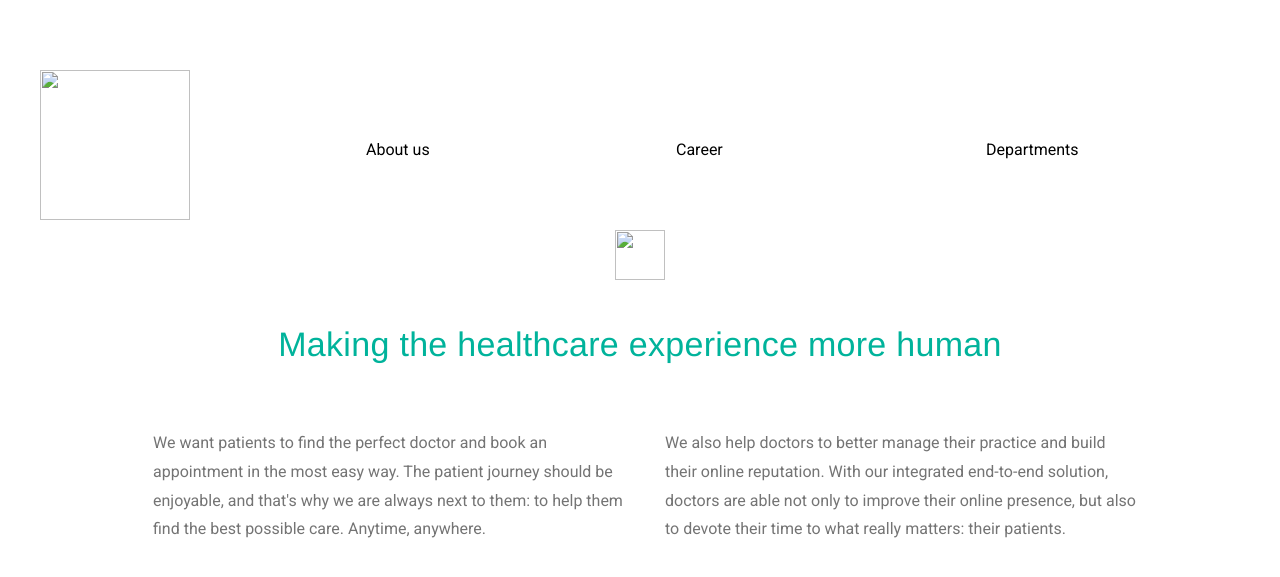
Repository: Hassanine-jaouadi/docplanner
Page: doc-panner.html
An editor plug-in stored every save of this project. The page is shown before and after the next save, followed by the edit.
The browser window is 1280 px wide. The pictures show the whole page.
Some web libraries are served in a nearby version.

Above is the page before, as saved 2020-01-17 10:28:16.

After the next save:
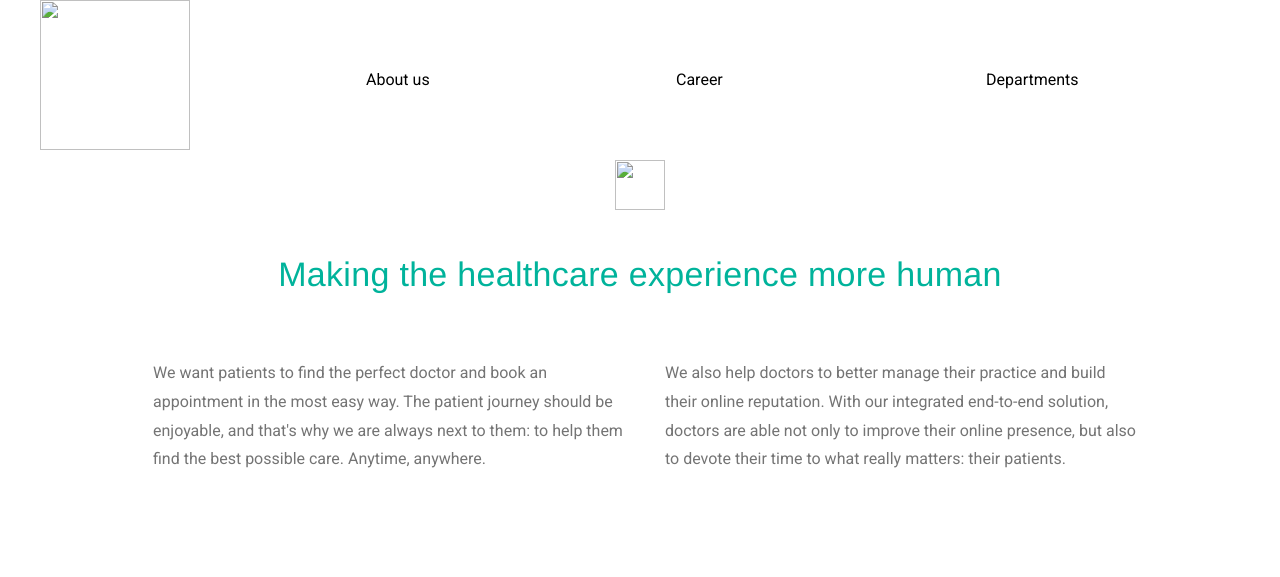
Saved 17 s later.
--- a/style.css
+++ b/style.css
@@ -9,7 +9,6 @@ html,body
 body {
     font-family: Helvetica Neue,Helvetica,Arial,sans-serif;
     color: #747474;
-    padding-top: 70px;
     -webkit-font-smoothing: antialiased;
 }
 
